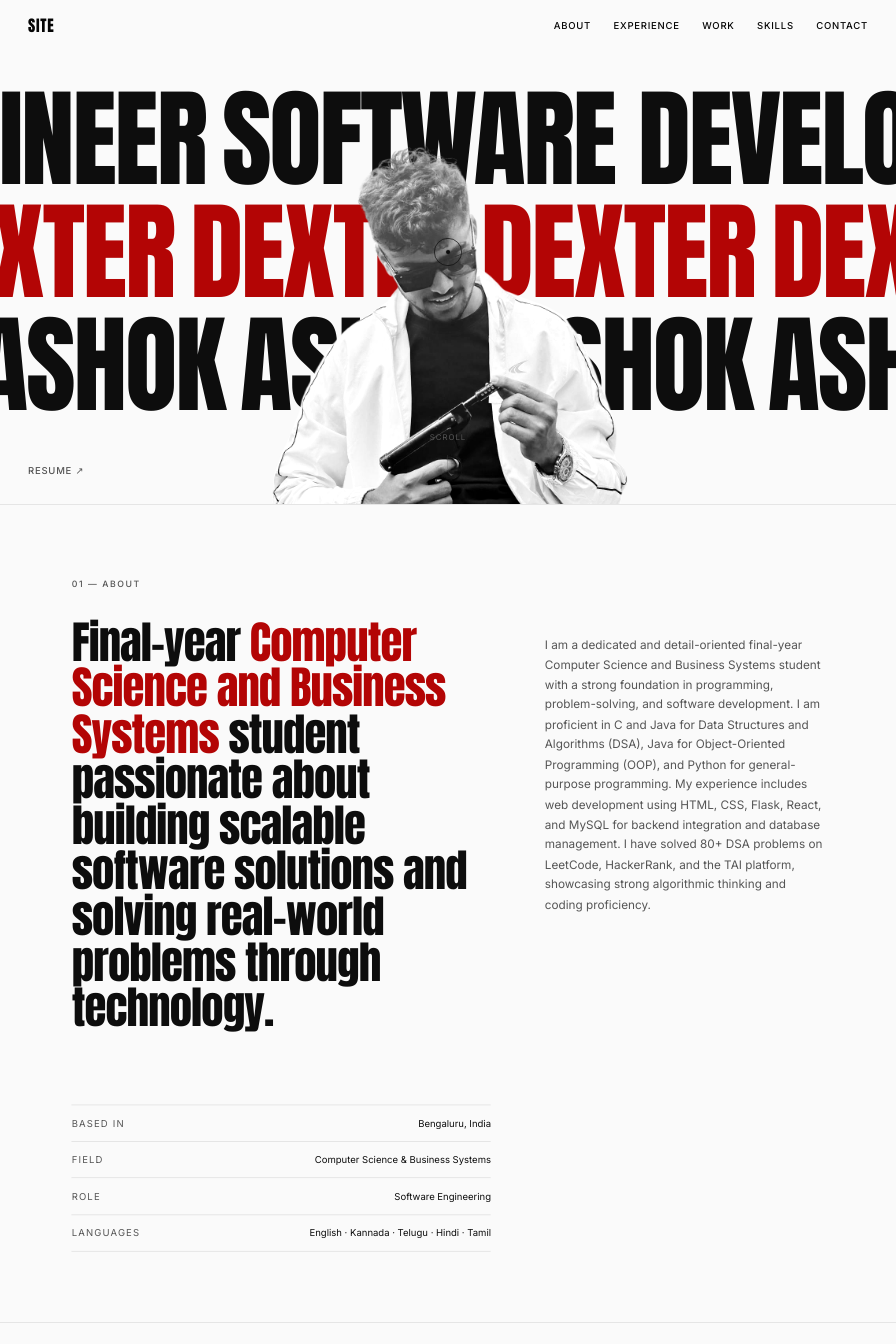
Repository: Ashok-B24/Dexter-portfolio
Page: /
These files come from the project's save history. The page is drawn as it stood at one moment and after the next save; the edit follows.
The browser window is 1280 px wide. The pictures show the part of the page from y = 0 to 1920 px (the page is 4445 px tall), at 70% of full size.
The project was rebuilt for these pictures with package versions that can differ from the ones it lists, and the page was loaded fresh each time. Also part of the build but not shown: vite.config.js.

Above is the page before, as saved 2026-07-28 20:43:24.

After the next save:
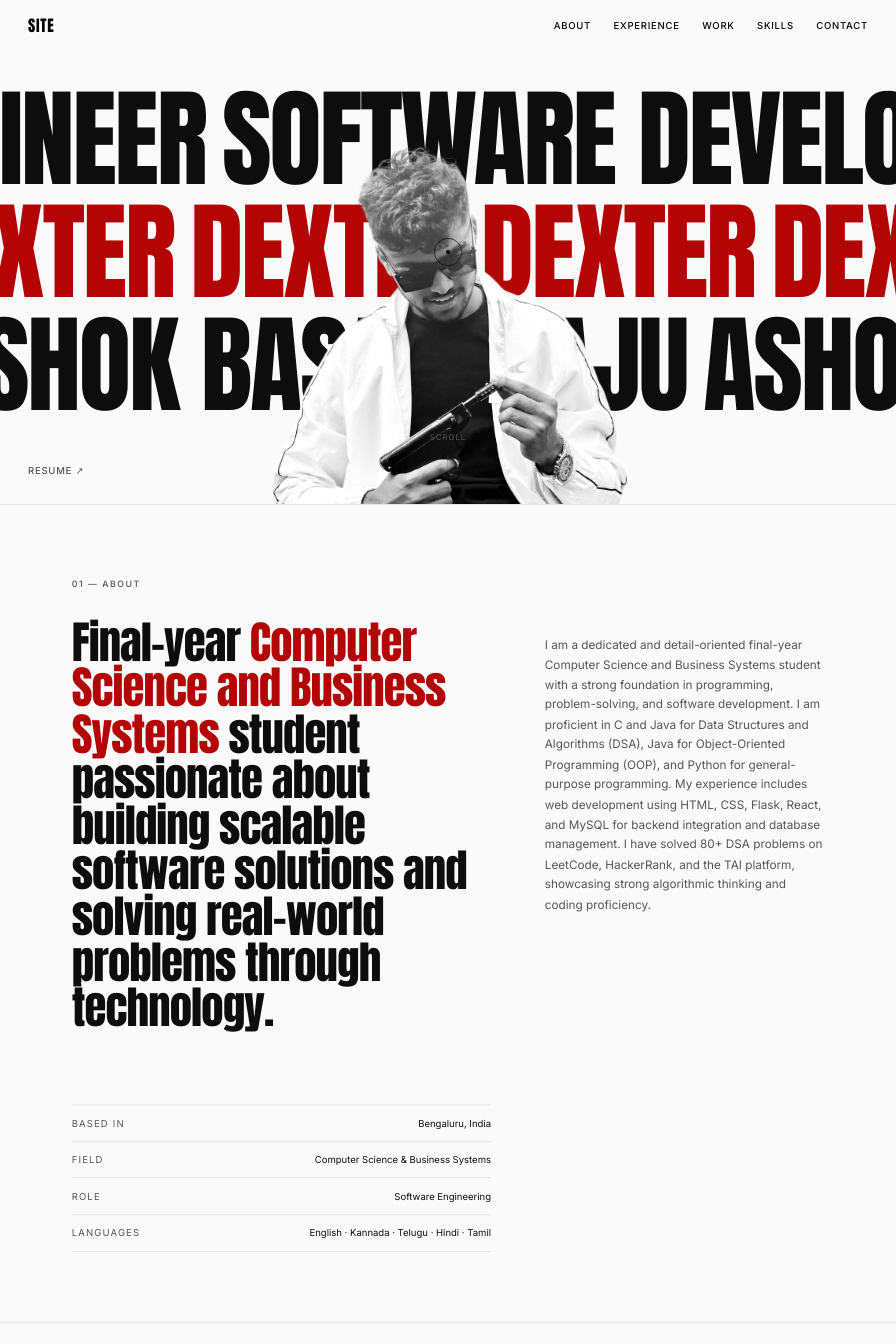
Saved 73 s later.
--- a/src/components/Hero.jsx
+++ b/src/components/Hero.jsx
@@ -4,7 +4,7 @@ import gsap from 'gsap'
 const TRACKS = [
   { dir: 'left',  speed: 8,  text: 'Software Developer Engineer' },
   { dir: 'right', speed: 10, text: 'Dexter' },
-  { dir: 'left',  speed: 6,  text: 'Ashok' },
+  { dir: 'left',  speed: 6,  text: 'Ashok Basavaraju' },
 ]
 
 export default function Hero() {
